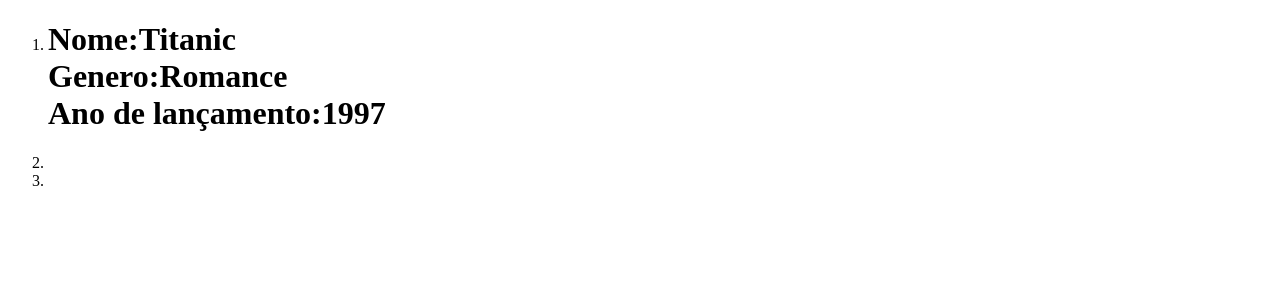
Repository: RodrigoModesto33/Estudos-JavaWeb
Page: CatalogoDeFilmes/WebContent/listadefilmes.html
The author's editor kept a copy of each file at every save. The page is drawn from the files as they stood at one save, then again after the next save.
The browser window is 1280 px wide. The pictures show the whole page.

Above is the page before, as saved 2021-02-21 19:18:25.

### CatalogoDeFilmes/WebContent/listadefilmes.html
<!DOCTYPE html>
<html>
<head>
<meta charset="UTF-8">
<title>Insert title here</title>
</head>
<body>
<ol>
<li><h1>Nome:Titanic <br>
	Genero:Romance <br>
	Ano de lançamento:1997</h1>
</li>

<li></li>

<li></li>

</ol>
</body>
</html>

After the next save:
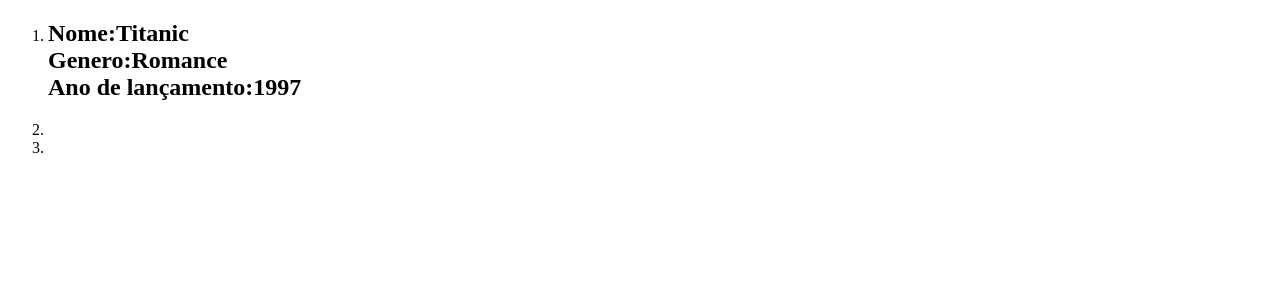
Saved 25 s later.
--- a/CatalogoDeFilmes/WebContent/listadefilmes.html
+++ b/CatalogoDeFilmes/WebContent/listadefilmes.html
@@ -2,13 +2,13 @@
 <html>
 <head>
 <meta charset="UTF-8">
-<title>Insert title here</title>
+<title>Lista de Filmes</title>
 </head>
 <body>
 <ol>
-<li><h1>Nome:Titanic <br>
+<li><h2>Nome:Titanic <br>
 	Genero:Romance <br>
-	Ano de lançamento:1997</h1>
+	Ano de lançamento:1997</h2>
 </li>
 
 <li></li>
